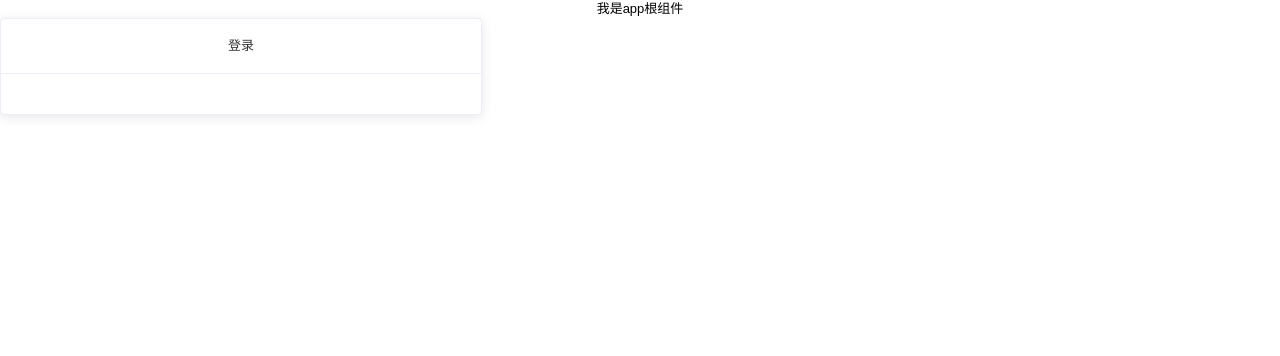
Repository: wuder-jie/Manager-System
Page: /
The author's editor kept a copy of each file at every save. The page is drawn from the files as they stood at one save, then again after a run of saves.
The browser window is 1280 px wide. The pictures show the whole page.
The project was rebuilt for these pictures with package versions that can differ from the ones it lists, and the page was loaded fresh each time. Also part of the build but not shown: vue.config.js.

Above is the page before, as saved 2022-11-26 15:25:26.

After the next 4 saves:
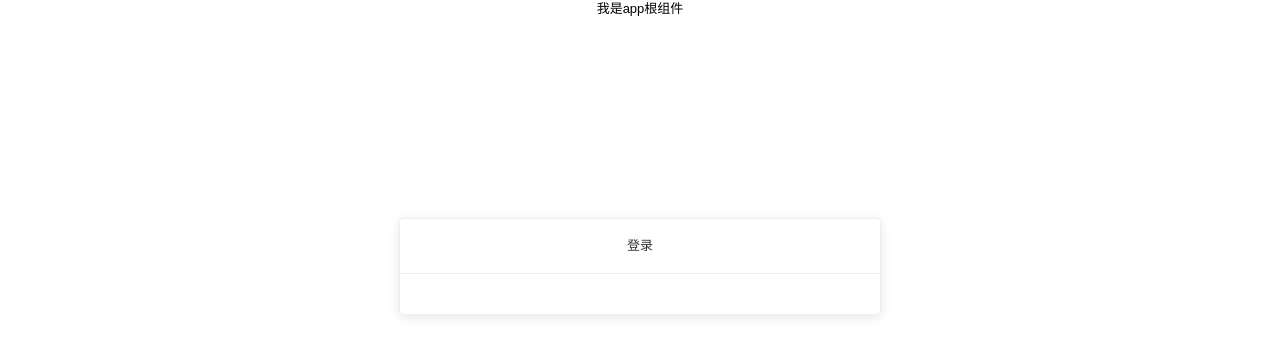
The 4 saves are shown as one change because 1 did not build or start and some came seconds apart.
The last was saved 12 s later.
--- a/src/pages/login/index.vue
+++ b/src/pages/login/index.vue
@@ -39,7 +39,7 @@ export default {
 
   .box-card {
     width: 480px;
-
+    margin: 200px auto;
   }
 }
 </style>
